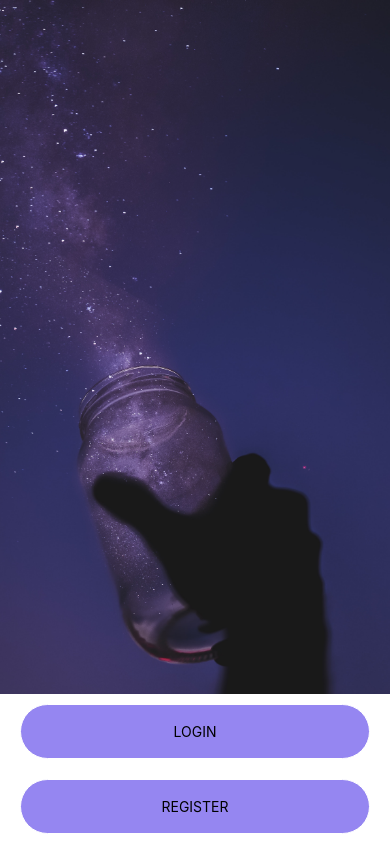
Repository: farrelmuhammad/project-react-native
Screen: /
The author's editor kept a copy of each file at every save. The screen is drawn from the files as they stood at one save, then again after the next save.
The app was drawn by React Native's web renderer in a window 390 px wide. The project was rebuilt for these pictures with package versions that can differ from the ones it lists, and the page was loaded fresh each time.

Above is the screen before, as saved 2023-01-09 11:55:02.

### App.js
import { StatusBar } from 'expo-status-bar';
import styles from './styles'
import Svg, { Image } from 'react-native-svg';
import { Dimensions, Text, View } from 'react-native';

export default function App() {
  const { height, width } = Dimensions.get('window');

  return (
    <View style={styles.container}>
      <Svg height={height} width={width}>
        <Image
          href={require('./assets/login-background.jpg')}
          width={width}
          height={height}
          preserveAspectRatio="xMidYMid slice"
        />
      </Svg>
      <View style={styles.button}>
        <Text style={styles.buttonText}>LOGIN</Text>
      </View>
      <View style={styles.button}>
        <Text style={styles.buttonText}>REGISTER</Text>
      </View>
    </View>
  );
}

### styles.js
import { StyleSheet, Text, View } from 'react-native';

const styles = StyleSheet.create({
    container: {
        flex: 1,
        justifyContent: 'flex-end',
    },
    button: {
        backgroundColor: 'rgba(123, 104, 238, 0.8)',
        height: 55,
        alignItems: 'center',
        justifyContent: 'center',
        borderRadius: 35,
        marginHorizontal: 20,
        marginVertical: 10,
        borderWidth: 1,
        borderColor: 'white'
    }
});

export default styles;

After the next save:
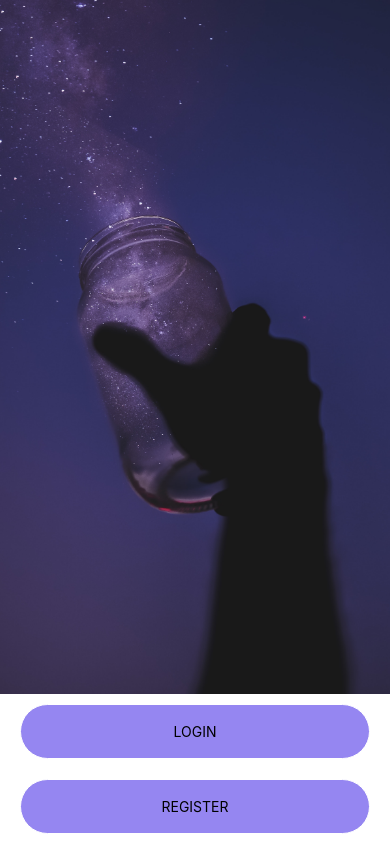
Saved 29 s later.
--- a/App.js
+++ b/App.js
@@ -8,19 +8,21 @@
 
   return (
     <View style={styles.container}>
-      <Svg height={height} width={width}>
-        <Image
-          href={require('./assets/login-background.jpg')}
-          width={width}
-          height={height}
-          preserveAspectRatio="xMidYMid slice"
-        />
-      </Svg>
-      <View style={styles.button}>
-        <Text style={styles.buttonText}>LOGIN</Text>
-      </View>
-      <View style={styles.button}>
-        <Text style={styles.buttonText}>REGISTER</Text>
+      <View style={styles.absoluteFill}>
+        <Svg height={height} width={width}>
+          <Image
+            href={require('./assets/login-background.jpg')}
+            width={width}
+            height={height}
+            preserveAspectRatio="xMidYMid slice"
+          />
+        </Svg>
+        <View style={styles.button}>
+          <Text style={styles.buttonText}>LOGIN</Text>
+        </View>
+        <View style={styles.button}>
+          <Text style={styles.buttonText}>REGISTER</Text>
+        </View>
       </View>
     </View>
   );

After the 2 saves that followed:
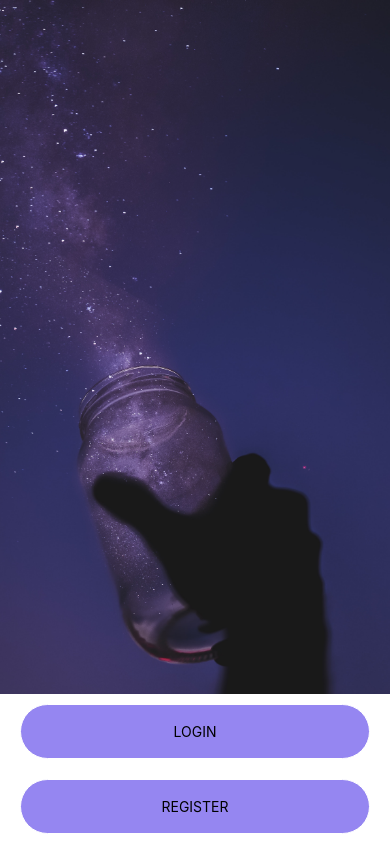
The 2 saves are shown as one change because they came seconds apart.
The last was saved 55 s later.
--- a/App.js
+++ b/App.js
@@ -8,7 +8,7 @@
 
   return (
     <View style={styles.container}>
-      <View style={styles.absoluteFill}>
+      <View style={{ position: 'absolute', left: 0, right: 0, top: 0, bottom: 0 }}>
         <Svg height={height} width={width}>
           <Image
             href={require('./assets/login-background.jpg')}
